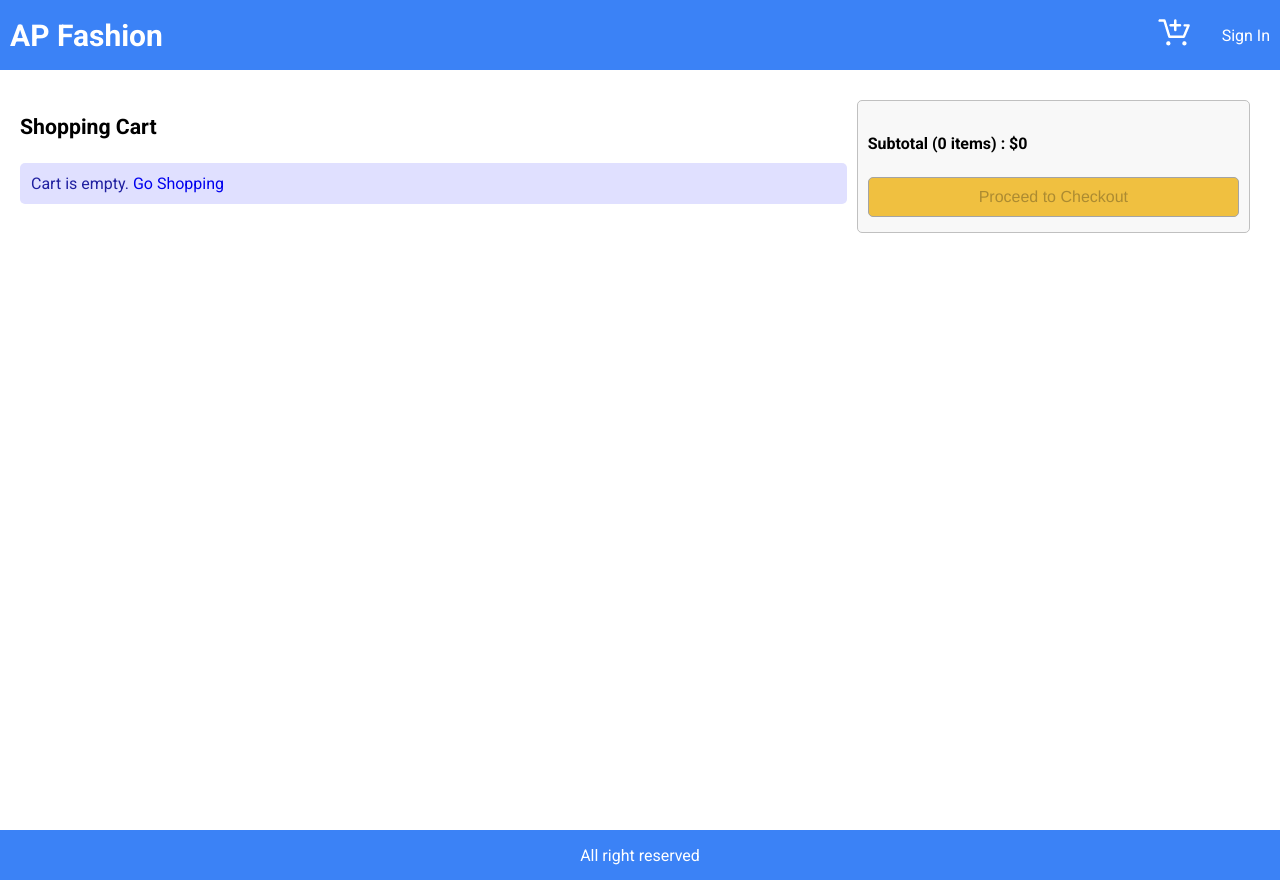
Repository: rexhep/e-commerce
Page: /cart (app in frontend/)
The author's editor kept a copy of each file at every save. The page is drawn from the files as they stood at one save, then again after the next save.
The browser window is 1280 px wide. The pictures show the whole page.
The project was rebuilt for these pictures with package versions that can differ from the ones it lists, and the page was loaded fresh each time. Also part of the build but not shown: frontend/src/actions/userActions.js, frontend/src/components/clientHeader/ClientHeader.jsx, frontend/src/components/Rating.js, frontend/src/components/Product.js, frontend/src/components/LoadingBox.js, frontend/src/actions/productActions.js, frontend/src/components/clientHeader/HeaderSlider.jsx, frontend/src/pages/HomePage.js and 21 more.

Above is the page before, as saved 2021-10-13 01:23:07.

### frontend/public/index.html
<!DOCTYPE html>
<html lang="en">
  <head>
    <meta charset="utf-8" />
    <link rel="icon" href="%PUBLIC_URL%/favicon.ico" />
    <meta name="viewport" content="width=device-width, initial-scale=1" />
    <meta name="theme-color" content="#000000" />
    <meta
      name="description"
      content="Web site created using create-react-app"
    />
    <link rel="apple-touch-icon" href="%PUBLIC_URL%/logo192.png" />
    <!--
      manifest.json provides metadata used when your web app is installed on a
      user's mobile device or desktop. See https://developers.google.com/web/fundamentals/web-app-manifest/
    -->
    <link rel="manifest" href="%PUBLIC_URL%/manifest.json" />
    <!--
      Notice the use of %PUBLIC_URL% in the tags above.
      It will be replaced with the URL of the `public` folder during the build.
      Only files inside the `public` folder can be referenced from the HTML.

      Unlike "/favicon.ico" or "favicon.ico", "%PUBLIC_URL%/favicon.ico" will
      work correctly both with client-side routing and a non-root public URL.
      Learn how to configure a non-root public URL by running `npm run build`.
    -->
    <link
        rel="stylesheet"
        href="https://cdnjs.cloudflare.com/ajax/libs/font-awesome/4.7.0/css/font-awesome.min.css"
      />
      <link rel="preconnect" href="https://fonts.googleapis.com">
      <link href="https://fonts.googleapis.com/css2?family=Roboto:ital,wght@0,100;0,300;0,400;0,500;0,700;0,900;1,100;1,300;1,400;1,500;1,700;1,900&display=swap" rel="stylesheet">
    <title>React App</title>
  </head>
  <body>
    <noscript>You need to enable JavaScript to run this app.</noscript>
    <div id="root"></div>
    <!--
      This HTML file is a template.
      If you open it directly in the browser, you will see an empty page.

      You can add webfonts, meta tags, or analytics to this file.
      The build step will place the bundled scripts into the <body> tag.

      To begin the development, run `npm start` or `yarn start`.
      To create a production bundle, use `npm run build` or `yarn build`.
    -->
  </body>
</html>

### frontend/src/index.js
import React from 'react';
import { Provider } from 'react-redux';
import ReactDOM from 'react-dom';
import './index.css';
import App from './App';
import reportWebVitals from './reportWebVitals';
import store from './store';

ReactDOM.render(
  <Provider store={store}>
    <React.StrictMode>
      <App />
    </React.StrictMode>
  </Provider>,
  document.getElementById('root')
);

// If you want to start measuring performance in your app, pass a function
// to log results (for example: reportWebVitals(console.log))
// or send to an analytics endpoint. Learn more: https://bit.ly/CRA-vitals
reportWebVitals();

### frontend/src/index.css
html {
  font-size: 62.5%; /* 16px x 62.5 = 10px = 1rem */
  box-sizing: border-box;
}

body {
  margin: 0;
  height: 100vh;
  font-size: 1.6rem;
  font-family: 'Roboto', sans-serif;
  -webkit-font-smoothing: antialiased;
  -moz-osx-font-smoothing: grayscale;
}
#root {
  height: 100%;
}

/* Layout */
.primary-container {
  margin-top: 20px;
}
.grid-container {
  display: grid;
  grid-template-areas:
  'header'
  'main'
  'footer';
  grid-template-columns: 1fr;
  grid-template-rows: 5rem 1fr 5rem;
  height: 100%;
}

header {
  grid-area: header;
  background-color: #3B82F6;
  height: 50px;
}

main {
  /* grid-area: main;
  padding: 1rem; */
}

footer {
  grid-area: footer;
  background-color: #3B82F6;
  height: 50px;
  color: #fff
}
/* Common */
h1 {
  font-size: 1.8rem;
  padding: 1rem 0;
}

h2 {
  font-size: 1.6rem;
  padding: 1rem 0;
}
a {
  text-decoration: none;
}
a:hover {
  color: #ff8000;
}
ul {
  padding: 0;
  margin: 0;
  list-style-type: none;
}
li {
  margin-top: 1rem;
}

.mr-20 {
  margin-right: 20px;
}

input,
select,
textarea,
button {
  padding: 1rem;
  border-radius: 0.5rem;
  border: 0.1rem #a4a4a4 solid;
  font-size: 1.6rem;
  font-family: Helvetica, Arial, sans-serif;
  -webkit-font-smoothing: antialiased;
  -moz-osx-font-smoothing: grayscale;
}

button {
  background-color: #f8f8f8;
  cursor: pointer;
}

#fade-button {
  color: #fff;
  font-size: 1.6rem;
}
#fade-button:hover {
  border: none;
}

input:hover,
select:hover,
textarea:hover,
button:hover {
  border: 0.1rem #404040 solid;
}
button.primary {
  background-color: #f0c040;
}
button.block {
  width: 100%;
}

button.small {
  font-size: 1.2rem;
}

/* Header */
header {
  color: #fff;
  padding: 1rem;
}
header div a {
  color: #fff;
}
a.brand {
  color: white;
  font-size: 3rem;
  font-weight: bold;
}
.badge {
  background-color: #f02020;
  color: #ffffff;
  border-radius: 50%;
  padding: 0.2rem 0.7rem;
  font-size: 1.4rem;
  margin-left: 0.2rem;
}
.row {
  display: flex;
  flex-wrap: wrap;
  justify-content: space-between;
  align-items: center;
}
.row.center {
  justify-content: center;
}
.row.top {
  align-items: flex-start;
}
.col-1 {
  flex: 1 1 25rem;
}
.col-2 {
  flex: 2 1 50rem;
}

.min-30 {
  min-width: 30rem;
}

/* Image */
img {
  border-radius: 0.5rem;
}
img.small {
  max-width: 5rem;
  width: 100%;
}
img.medium {
  max-width: 29rem;
  width: 100%;
}
img.large {
  width: 100%;
}
img.custom-image {
  max-width: 29rem;
  width: 100%;
  max-height: 600px;
  height: 100%;
}

/* SLIDER */
.slider-cover {
  float: left;
  width: 100%;
  height: 800px;
}

.slider-cover .desc {
  position: absolute;
  left: 50%;
  top: 50%;
  transform: translate(-50%, -50%);
  -ms-transform: translate(-50%, -50%); /* for IE 9 */
  -webkit-transform: translate(-50%, -50%); /* for Safari */
}

.slider-cover .desc h2.title {
  font-size: 32px;
  color: #fff;
  text-align: center;
  font-weight: 700;
}

.slider-cover .desc p {
  color: #fff;
  font-size: 16px;
  text-align: center;
  font-weight: 300;
}


/* Card */
.card {
  border: 0.1rem #c0c0c0 solid;
  background-color: #f8f8f8;
  border-radius: 0.5rem;
  margin: 1rem;
}
.card-body {
  padding: 1rem;
}

.card-body > * {
  margin-bottom: 0.5rem;
}

.custom-card {
  overflow: visible !important;
}

.custom-item, .custom-card {
  box-shadow: none !important;
  border-radius: 0 !important;
}

.custom-item {
  border:solid 1px #ccc9c9;
}

.custom-card-content a h2 {
  font-size: 18px;
  color: #1F2937;
  font-weight: 300;
    text-transform: uppercase;
}

.custom-card-content .rating span {
  font-size: 14px;
  font-weight: 300;
}

.custom-card-content .price {
  font-size: 18px;
  font-weight: 700;
  padding-top: 20px;
}

.custom-card img {
  border-radius: 0;
}

.test {
  z-index: 9999;
  background-color: red;
}

.price {
  font-size: 2rem;
}

/* Rating */
.rating span {
  color: #f0c040;
  margin: 0.1rem;
}
.rating span:last-child {
  color: #404040;
}

/* Alert */
.loading {
  display: block !important;
}
.success {
  color: #20a020;
}
.danger {
  color: #a02020;
}

.alert {
  padding: 1rem;
  border: 0.1rem solid transparent;
  border-radius: 0.5rem;
}
.alert-info {
  color: #2020a0;
  background-color: #e0e0ff;
}
.alert-danger {
  color: #a02020;
  background-color: #ffe0e0;
}

.alert-success {
  color: #20a020;
  background-color: #eeffe0;
}

/* Form */
.form {
  max-width: 60rem;
  margin: 0 auto;
}
.form > div {
  display: flex;
  flex-direction: column;
  margin: 1rem;
}
.form label {
  margin: 1rem 0;
}

/* Dropdown */
.dropdown {
  display: inline-block;
  position: relative;
}
.dropdown-content {
  position: absolute;
  display: none;
  right: 0;
  min-width: 12rem;
  padding: 1rem;
  z-index: 1;
  background-color: #203040;
  margin: 0;
  margin-top: 0.4rem;
  border-radius: 0.5rem;
}
.dropdown:hover .dropdown-content {
  display: block;
}

/* Checkout Steps */
.checkout-steps > div {
  border-top: 0.3rem #c0c0c0 solid;
  color: #c0c0c0;
  flex: 1;
  padding: 1rem;
  font-weight: bold;
}
.checkout-steps > div.active {
  border-top-color: #f08000;
  color: #f08000;
}

/* Table */
.table {
  width: 100%;
  border-collapse: collapse;
}
.table tbody tr:nth-of-type(odd) {
  background-color: #f4f4f4;
}
.table td,
.table th {
  text-align: left;
  border: 0.1rem solid #e4e4e4;
  padding: 0.5rem;
}
.table button {
  margin: 0 0.2rem;
}

/* font-SIZE */
.fontSize, .fontSize a {
  font-size: 1.6rem !important;
  color: #333 !important;
}
.fontSize-avatar {
  color: #fff;
  font-size: 1.6rem !important;
}

/* AVATAR ICON */
.avatar-icon {
  margin-left: 10px !important;
}
.avatar-icon:hover {
  border: 0;
}

/* SPINNER */
.spinner-box {
  width: 100%;
  height: 85vh;
  display: flex;
  justify-content: center;
  align-items: center;
  background-color: transparent;
}
.three-quarter-spinner {
  width: 50px;
  height: 50px;
  border: 3px solid #fb5b53;
  border-top: 3px solid transparent;
  border-radius: 50%;
  animation: spin .5s linear 0s infinite;
}

/* END SPINNER */

/* PRODUCT DETAILS */
.product-details {
  padding: 20px;
}
.product-details-image {
  width: 100%;
}

.product-details-image img {
  width: auto;
  max-height: 500px;
  margin: 0 auto;
  display: block;
  border: solid 1px;
  border-radius: 0;
}

.product-details h1 {
  text-transform: uppercase;
  font-family: 'Roboto', sans-serif;
}

.product-details ul li {
  font-family: 'Roboto', sans-serif;
  font-weight: 300;
}

/* END PRODUCT DETAILS */

/* KEYFRAMES */

@keyframes spin {
  from {
    transform: rotate(0);
  }
  to{
    transform: rotate(359deg);
  }
}

@keyframes spin3D {
  from {
    transform: rotate3d(.5,.5,.5, 360deg);
  }
  to{
    transform: rotate3d(0deg);
  }
}

@keyframes configure-clockwise {
  0% {
    transform: rotate(0);
  }
  25% {
    transform: rotate(90deg);
  }
  50% {
    transform: rotate(180deg);
  }
  75% {
    transform: rotate(270deg);
  }
  100% {
    transform: rotate(360deg);
  }
}

@keyframes configure-xclockwise {
  0% {
    transform: rotate(45deg);
  }
  25% {
    transform: rotate(-45deg);
  }
  50% {
    transform: rotate(-135deg);
  }
  75% {
    transform: rotate(-225deg);
  }
  100% {
    transform: rotate(-315deg);
  }
}

@keyframes pulse {
  from {
    opacity: 1;
    transform: scale(1);
  }
  to {
    opacity: .25;
    transform: scale(.75);
  }
}

### frontend/src/components/privateRoute.js
import React from 'react';
import { useSelector } from 'react-redux';
import { Redirect, Route } from 'react-router-dom';

export default function PrivateRoute({ component: Component, ...rest }) {
    const userSignin = useSelector((state) => state.userSignin);
    const { userInfo } = userSignin;
    return (
        <Route
            {...rest}
            render={(props) =>
                userInfo ? (
                    <Component {...props}></Component>
                ) : (
                    <Redirect to="/signin" />
                )
            }
        ></Route>
    );
}

### frontend/src/pages/CartPage.js
import React, { useEffect } from 'react';
import { Button, makeStyles } from "@material-ui/core";
import { red } from '@mui/material/colors';
import { useDispatch, useSelector } from 'react-redux';
import { Link } from 'react-router-dom';
import { addToCart, removeFromCart } from '../actions/cartActions';
import ClientNavbar from '../components/clientHeader/ClientNavbar';
import MessageBox from '../components/MessageBox';

const useStyles = makeStyles((theme) => {
    console.log('THEMELL', theme);
    return ({
        deleteButton: {
            color: theme.palette.primary.contrastText,
            background: red[700],
            fontSize: theme.typography.h6.fontSize,
            fontWeight: theme.typography.h6.fontWeight,
            letterSpacing: theme.typography.h6.letterSpacing,

            '&:hover': {
                background: red[900],
                border: 'none !important'
            }
        },
        mainGrid: {
            height: '100vh',
            width: '100%',
            fontSize: '14px'
        },
        cardRow: {
            padding: 20,
            minHeight: '100vh'
        },
        flexOne: {
            flex: 1
        },
        pageTitle: {
            fontSize: theme.typography.h4.fontSize,
            fontFamily: theme.typography.h4.fontFamily
        },
        itemTitle: {
            fontSize: theme.typography.h5.fontSize,
            fontFamily: theme.typography.h5.fontFamily,
            color: theme.palette.grey[900]
        },
        listItem: {
            '& li:not(:last-child)': {
                borderBottom: 'solid 1px',
                paddingBottom: 10
            }
        },
        imageSection: {
            paddingRight: 10
        }
    });
});

export default function CartPage(props) {
    const classes = useStyles();
    const productId = props.match.params.id;
    const qty = props.location.search
        ? Number(props.location.search.split('=')[1])
        : 1;

    const cart = useSelector(state => state.cart);
    const { cartItems } = cart;
    const dispatch = useDispatch();

    useEffect(() => {
        if (productId) {
            dispatch(addToCart(productId, qty));
        }
    }, [dispatch, productId, qty]);

    const removeFromCartHandler = (id) => {
        // delete action
        dispatch(removeFromCart(id));
    };

    const checkoutHandler = () => {
        props.history.push('/signin?redirect=shipping');
    }

    return (
        <>
            <ClientNavbar />
            <div className={`${classes.cardRow} row top`}>
                <div className="col-2">
                    <h1 className={classes.pageTitle}>Shopping Cart</h1>
                    {cartItems.length === 0 ? (
                        <MessageBox>
                            Cart is empty. <Link to="/">Go Shopping</Link>
                        </MessageBox>
                    ) : (
                        <ul className={classes.listItem}>
                            {cartItems.map((item) => (
                                <li key={item.product}>
                                    <div className="row">
                                        <div className={classes.imageSection}>
                                            <img
                                                src={item.image}
                                                alt={item.name}
                                                className="small"
                                            ></img>
                                        </div>
                                        <div className={`${classes.flexOne} min-30`}>
                                            <Link to={`/product/${item.product}`} className={classes.itemTitle}>{item.name}</Link>
                                        </div>
                                        <div className={`${classes.flexOne}`}>
                                            <select
                                                value={item.qty}
                                                onChange={(e) =>
                                                    dispatch(
                                                        addToCart(item.product, Number(e.target.value))
                                                    )
                                                }
                                            >
                                                {[...Array(item.countInStock).keys()].map((x) => (
                                                    <option key={x + 1} value={x + 1}>
                                                        {x + 1}
                                                    </option>
                                                ))}
                                            </select>
                                        </div>
                                        <div className={`${classes.flexOne} `}>${item.price}</div>
                                        <div>
                                            <Button variant="contained" onClick={() => removeFromCartHandler(item.product)} className={classes.deleteButton}>
                                                Delete
                                            </Button>
                                        </div>
                                    </div>
                                </li>
                            ))}
                        </ul>
                    )}
                </div>
                <div className="col-1">
                    <div className="card card-body">
                        <ul>
                            <li>
                                <h2>
                                    Subtotal ({cartItems.reduce((a, c) => a + c.qty, 0)} items) : $
                                    {cartItems.reduce((a, c) => a + c.price * c.qty, 0)}
                                </h2>
                            </li>
                            <li>
                                <button
                                    type="button"
                                    onClick={checkoutHandler}
                                    className="primary block"
                                    disabled={cartItems.length === 0}
                                >
                                    Proceed to Checkout
                                </button>
                            </li>
                        </ul>
                    </div>
                </div>
            </div >
        </>
    )
}

### frontend/src/components/AdminRoute.js
import React from 'react';
import { useSelector } from 'react-redux';
import { Redirect, Route } from 'react-router-dom';

export default function AdminRoute({ component: Component, ...rest }) {
    const userSignin = useSelector((state) => state.userSignin);
    const { userInfo } = userSignin;
    return (
        <Route
            {...rest}
            render={(props) =>
                userInfo && userInfo.isAdmin ? (
                    <Component {...props}></Component>
                ) : (
                    <Redirect to="/signin" />
                )
            }
        ></Route>
    )
}

### frontend/src/components/clientHeader/ClientNavbar.jsx
import React from 'react';
import { useSelector } from 'react-redux';
import { Link } from 'react-router-dom';
import { makeStyles } from '@material-ui/core';
import addToCartImage from '../../components/clientHeader/images/add-to-cart.png';
import ClientHeader from '../clientHeader/ClientHeader';

const useStyles = makeStyles((theme) => ({
    dashboardDropdown: {
        padding: "0px 10px",
        '& a': {
            textTransform: 'uppercase'
        }
    },
    addToCartSector: {
        position: 'relative',
        marginLeft: 'auto',
        '& .badge': {
            position: "absolute",
            right: -15
        }
    },
    rowHeader: {
        display: "flex",
        alignItems: "center",
        justifyContent: "flex-end",
        flexWrap: "wrap",
        rowGap: "10px",
        columnGap: "2em"
    }
  }));

export default function ClientNavbar() {
    const classes = useStyles();
    const cart = useSelector(state => state.cart);
    const { cartItems } = cart;

    const userSignin = useSelector((state) => state.userSignin);
    const { userInfo } = userSignin;

    return (
        <div>
                <header className={classes.rowHeader}>
                    <div>
                        <Link className="brand" to="/">AP Fashion</Link>
                    </div>
                    <div className={classes.addToCartSector}>
                        <Link to="/cart">
                        <img src={addToCartImage} alt="Add to cart" />
                            {cartItems.length > 0 && (
                                <span className="badge">{cartItems.length}</span>
                            )}
                        </Link>
                    </div>
                    <div>
                        {userInfo ? (
                            <div className="dropdown">
                                <ClientHeader />
                            </div>
                        ) : (
                            <Link to="/signin">Sign In</Link>
                        )}
                        {userInfo && userInfo.isAdmin && (
                            <div className={`${classes.dashboardDropdown} dropdown`}>
                                <Link to="/dashboard">Dashboard</Link>
                            </div>
                        )}
                    </div>
                </header>
            </div>
    )
}

### frontend/src/constants/productContants.js
export const PRODUCT_LIST_REQUEST = 'PRODUCT_LIST_REQUEST';
export const PRODUCT_LIST_SUCCESS = 'PRODUCT_LIST_SUCCESS';
export const PRODUCT_LIST_FAIL = 'PRODUCT_LIST_FAIL';

export const PRODUCT_DETAILS_REQUEST = 'PRODUCT_DETAILS_REQUEST';
export const PRODUCT_DETAILS_SUCCESS = 'PRODUCT_DETAILS_SUCCESS';
export const PRODUCT_DETAILS_FAIL = 'PRODUCT_DETAILS_FAIL';

export const PRODUCT_REGISTER_REQUEST = 'PRODUCT_REGISTER_REQUEST';
export const PRODUCT_REGISTER_SUCCESS = 'PRODUCT_REGISTER_SUCCESS';
export const PRODUCT_REGISTER_FAIL = 'PRODUCT_REGISTER_FAIL';

Loaded but not shown: frontend/src/reportWebVitals.js (common file); frontend/src/components/MessageBox.js (common file); frontend/src/constants/cartContstant.js (common file); frontend/src/reducers/orderReducers.js (108 lines, source omitted); frontend/src/reducers/userReducer.js (70 lines, source omitted); frontend/src/App.js (50 lines, source omitted); frontend/src/store.js (53 lines, source omitted); frontend/src/reducers/productReducers.js (40 lines, source omitted); frontend/src/actions/cartActions.js (43 lines, source omitted); frontend/src/reducers/cartReducers.js (39 lines, source omitted); frontend/src/constants/orderConstants.js (26 lines, source omitted); frontend/src/constants/userConstants.js (22 lines, source omitted)

After the next save:
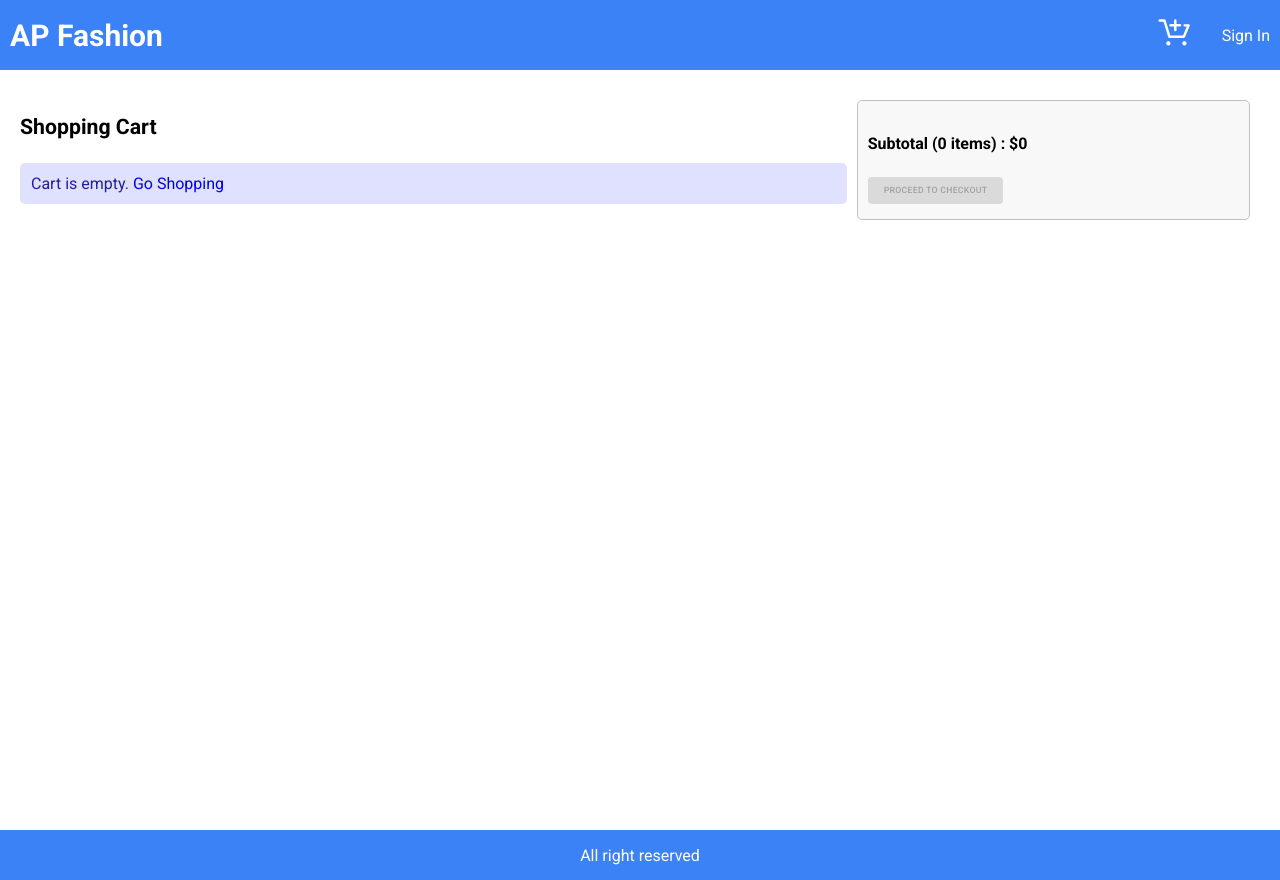
Saved 104 s later.
--- a/frontend/src/pages/CartPage.js
+++ b/frontend/src/pages/CartPage.js
@@ -1,6 +1,6 @@
 import React, { useEffect } from 'react';
 import { Button, makeStyles } from "@material-ui/core";
-import { red } from '@mui/material/colors';
+import { red, orange } from '@mui/material/colors';
 import { useDispatch, useSelector } from 'react-redux';
 import { Link } from 'react-router-dom';
 import { addToCart, removeFromCart } from '../actions/cartActions';
@@ -19,6 +19,18 @@ const useStyles = makeStyles((theme) => {
 
             '&:hover': {
                 background: red[900],
+                border: 'none !important'
+            }
+        },
+        checkoutButton: {
+            color: theme.palette.primary.contrastText,
+            background: orange[700],
+            fontSize: theme.typography.h6.fontSize,
+            fontWeight: theme.typography.h6.fontWeight,
+            letterSpacing: theme.typography.h6.letterSpacing,
+
+            '&:hover': {
+                background: orange[900],
                 border: 'none !important'
             }
         },
@@ -144,14 +156,21 @@ export default function CartPage(props) {
                                 </h2>
                             </li>
                             <li>
-                                <button
+                                <Button
+                                    variant="contained"
+                                    onClick={checkoutHandler}
+                                    disabled={cartItems.length === 0}
+                                >
+                                    Proceed to Checkout
+                                </Button>
+                                {/* <button
                                     type="button"
                                     onClick={checkoutHandler}
                                     className="primary block"
                                     disabled={cartItems.length === 0}
                                 >
                                     Proceed to Checkout
-                                </button>
+                                </button> */}
                             </li>
                         </ul>
                     </div>
